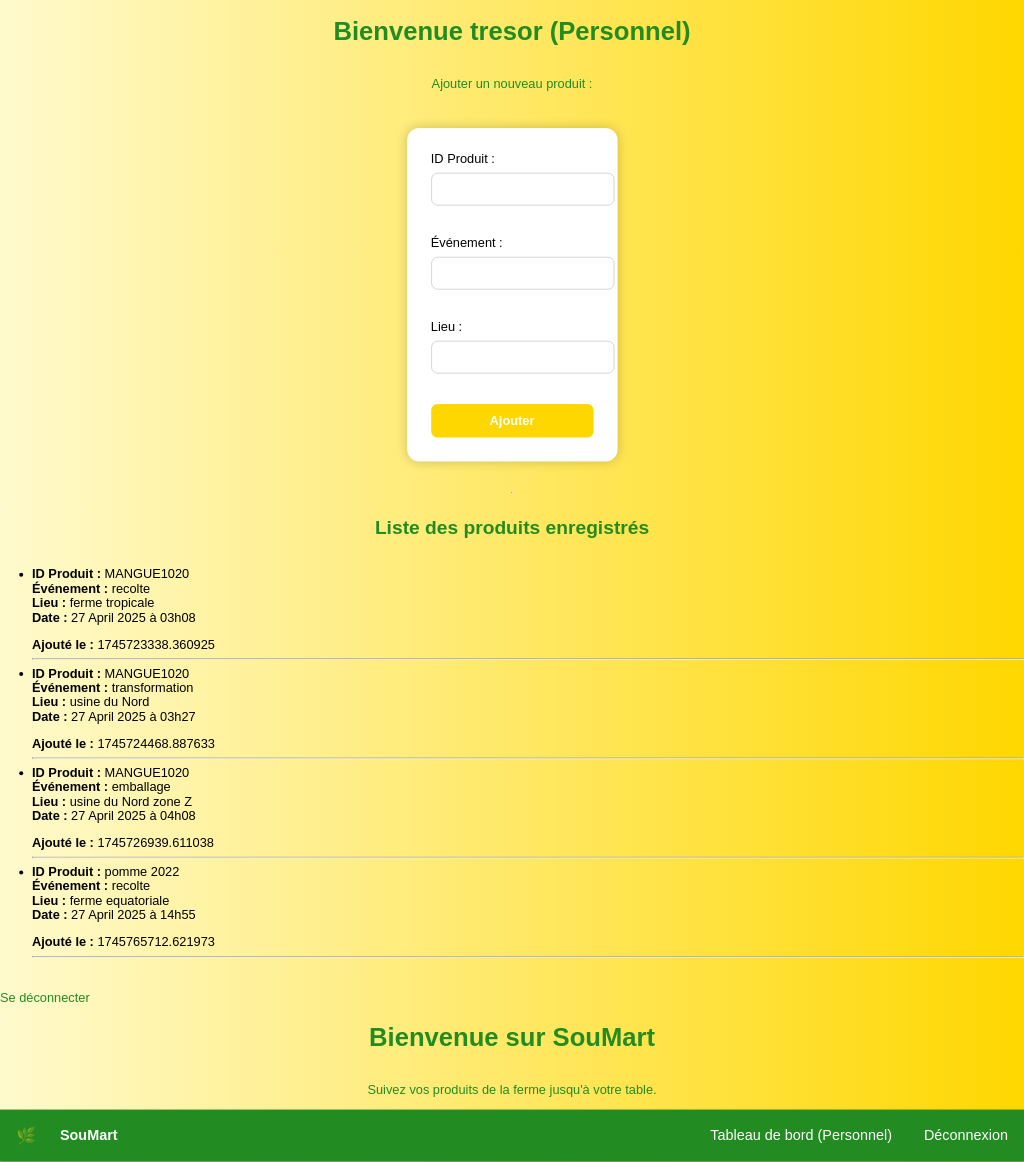
Repository: SouhailMar10/FOOD-MART
Page: http://localhost/dashboard_personnel
These files come from the project's save history. The page is drawn as it stood at one moment and after the next save; the edit follows.
The browser window is 1280 px wide. The pictures show the whole page, at 80% of full size.
The page is served by the project's application, run on Flask 3 (app.py). The user the application loads for id 1 is signed in. Other server files are loaded and not shown. The page reads the database file committed with the project.

Above is the page before, as saved 2025-04-27 11:03:11.

### templates/dashboard_personnel.html
<!DOCTYPE html>
<html lang="fr">
<head>
    <meta charset="UTF-8">
    <title>Dashboard Personnel</title>
    <link rel="stylesheet" href="{{ url_for('static', filename='style.css') }}">
</head>
<body>
    <h1>Bienvenue {{ username }} (Personnel)</h1>
    <p>Ajouter un nouveau produit :</p>

    {% with messages = get_flashed_messages() %}
      {% if messages %}
        {% for message in messages %}
          <p style="color: green;">{{ message }}</p>
        {% endfor %}
      {% endif %}
    {% endwith %}

    <form action="/dashboard_personnel" method="POST">
        <label for="product_id">ID Produit :</label><br>
        <input type="text" id="product_id" name="product_id" required><br><br>

        <label for="event">Événement :</label><br>
        <input type="text" id="event" name="event" required><br><br>

        <label for="location">Lieu :</label><br>
        <input type="text" id="location" name="location" required><br><br>

        <input type="submit" value="Ajouter">
    </form>

    <hr>

    <h2>Liste des produits enregistrés</h2>
    {% if products %}
        <ul>
            {% for block in products %}
                <li>
                    <strong>ID Produit :</strong> {{ block.product_id }}<br>
                    <strong>Événement :</strong> {{ block.event }}<br>
                    <strong>Lieu :</strong> {{ block.location }}<br>
                    <strong>Date :</strong> {{ block.get_formatted_date() }}</p>
                    <strong>Ajouté le :</strong> {{ block.timestamp }}
                </li>
                <hr>
            {% endfor %}
        </ul>
    {% else %}
        <p>Aucun produit enregistré pour l’instant.</p>
    {% endif %}

    <br>
    <a href="/logout">Se déconnecter</a>
    <h1 class="fade-in">Bienvenue sur SouMart</h1>
<p class="fade-in">Suivez vos produits de la ferme jusqu'à votre table.</p>

</body>
<nav class="navbar">
    <div class="navbar-container">
        <div class="navbar-brand">
            🌿 <a href="/" class="brand-name">SouMart</a>
        </div>

        {% if current_user.is_authenticated %}
            {% if current_user.role == 'Personnel' %}
                <a href="/dashboard_personnel">Tableau de bord (Personnel)</a>
            {% elif current_user.role == 'Client' %}
                <a href="/dashboard_client">Tableau de bord (Client)</a>
            {% endif %}
            <a href="/logout">Déconnexion</a>
        {% else %}
            <a href="/login">Connexion</a>
            <a href="/register">Créer un compte</a>
        {% endif %}
    </div>
</nav>


</html>

### app.py
from flask import Flask, render_template, request, redirect, url_for, flash
from flask_login import LoginManager, UserMixin, login_user, login_required, logout_user, current_user
from blockchain import Blockchain
import sqlite3
import os
from werkzeug.security import generate_password_hash, check_password_hash
import re

app = Flask(__name__)
app.secret_key = 'ta_cle_secrete_super_secrete'  # Important pour la sécurité

# Initialiser la Blockchain
food_chain = Blockchain()

# Initialiser Flask-Login
login_manager = LoginManager()
login_manager.init_app(app)
login_manager.login_view = 'login'

# Classe User pour Flask-Login
class User(UserMixin):
    def __init__(self, id, username, password, role):
        self.id = id
        self.username = username
        self.password = password
        self.role = role

# Charger un utilisateur
@login_manager.user_loader
def load_user(user_id):
    connection = sqlite3.connect('database.db')
    cursor = connection.cursor()
    cursor.execute("SELECT id, username, password, role FROM users WHERE id = ?", (user_id,))
    user_data = cursor.fetchone()
    connection.close()
    if user_data:
        return User(*user_data)
    return None

# Créer la base de données SQLite s'il n'y a pas encore
def init_db():
    if not os.path.exists('database.db'):
        connection = sqlite3.connect('database.db')
        cursor = connection.cursor()
        cursor.execute('''
            CREATE TABLE users (
                id INTEGER PRIMARY KEY AUTOINCREMENT,
                username TEXT UNIQUE NOT NULL,
                password TEXT NOT NULL,
                role TEXT NOT NULL
            )
        ''')
        connection.commit()
        connection.close()

# Appeler init_db au démarrage
init_db()

# Route inscription

@app.route('/register', methods=['GET', 'POST'])
def register():
    if request.method == 'POST':
        username = request.form['username']
        password = request.form['password']
        role = request.form['role']

        # Vérifier la longueur du mot de passe
        if len(password) < 8:
            flash('Le mot de passe doit contenir au moins 8 caractères.', 'error')
            return redirect(url_for('register'))

        # Vérifier la présence d'au moins une majuscule
        if not re.search(r'[A-Z]', password):
            flash('Le mot de passe doit contenir au moins une lettre majuscule.', 'error')
            return redirect(url_for('register'))

        # Vérifier la présence d'au moins un chiffre
        if not re.search(r'\d', password):
            flash('Le mot de passe doit contenir au moins un chiffre.', 'error')
            return redirect(url_for('register'))

        # Hachage du mot de passe
        hashed_password = generate_password_hash(password)

        connection = sqlite3.connect('database.db')
        cursor = connection.cursor()

        try:
            cursor.execute("INSERT INTO users (username, password, role) VALUES (?, ?, ?)",
                           (username, hashed_password, role))
            connection.commit()
            flash('Compte créé avec succès, veuillez vous connecter.', 'success')
            return redirect(url_for('login'))
        except sqlite3.IntegrityError:
            flash('Ce nom d’utilisateur est déjà utilisé.')
            return redirect(url_for('register'))
        finally:
            connection.close()

    return render_template('register.html')


@app.route('/login', methods=['GET', 'POST'])
def login():
    if request.method == 'POST':
        username = request.form['username']
        password = request.form['password']

        connection = sqlite3.connect('database.db')
        cursor = connection.cursor()
        cursor.execute("SELECT id, username, password, role FROM users WHERE username = ?", (username,))
        user_data = cursor.fetchone()
        connection.close()

        if user_data and check_password_hash(user_data[2], password):
            user = User(*user_data)
            login_user(user)
            flash('Connexion réussie.','success')
            if user.role == "Personnel":
                return redirect(url_for('dashboard_personnel'))
            else:
                return redirect(url_for('dashboard_client'))
        else:
            flash('Identifiant ou mot de passe incorrect.', 'error')
            return redirect(url_for('login'))

    return render_template('login.html')


# Tableau de bord pour le Personnel
@app.route('/dashboard_personnel', methods=['GET', 'POST'])
@login_required
def dashboard_personnel():
    if current_user.role != "Personnel":
        flash("Accès refusé.",'error')
        return redirect(url_for('login'))

    if request.method == 'POST':
        product_id = request.form['product_id']
        event = request.form['event']
        location = request.form['location']

        food_chain.add_block(product_id, event, location)
        flash('Produit ajouté à la blockchain avec succès.', 'success')

    # Envoyer toute la blockchain sauf le bloc Genesis (index 0)
    products = food_chain.chain[1:]  # On enlève le tout premier bloc ("Début de la traçabilité")
    return render_template('dashboard_personnel.html', username=current_user.username, products=products)

# Tableau de bord pour le Client
@app.route('/dashboard_client', methods=['GET', 'POST'])
@login_required
def dashboard_client():
    if current_user.role != "Client":
        flash("Accès refusé.")
        return redirect(url_for('login'))

    history = []
    if request.method == 'POST':
        product_id = request.form['product_id']

        # Chercher tous les blocs liés à ce produit
        history = [block for block in food_chain.chain if block.product_id == product_id]

    return render_template('dashboard_client.html', username=current_user.username, history=history)


@app.route('/logout')
@login_required
def logout():
    logout_user()
    flash("Vous êtes déconnecté.", 'success')
    return redirect(url_for('login'))


@app.route('/')
def home():
    return render_template('home.html')









if __name__ == "__main__":
    app.run(debug=True)

### blockchain.py
from block import Block
import json
import os
from datetime import datetime

class Blockchain:
    def __init__(self):
        if os.path.exists("blockchain_data.json"):
            self.load_from_file()
        else:
            self.chain = [self.create_genesis_block()]
            self.save_to_file()

    def create_genesis_block(self):
        return Block(0, "0", "Début de la traçabilité", "Origine", "0")

    def get_latest_block(self):
        return self.chain[-1]

    def add_block(self, product_id, event, location):
        latest_block = self.get_latest_block()
        new_block = Block(
            index=latest_block.index + 1,
            product_id=product_id,
            event=event,
            location=location,
            previous_hash=latest_block.hash
        )
        self.chain.append(new_block)
        self.save_to_file()

    def is_chain_valid(self):
        for i in range(1, len(self.chain)):
            previous_block = self.chain[i - 1]
            current_block = self.chain[i]

            if current_block.hash != current_block.calculate_hash():
                print(f"Erreur de hash au bloc {current_block.index}")
                return False

            if current_block.previous_hash != previous_block.hash:
                print(f"Erreur de chaînage entre bloc {previous_block.index} et {current_block.index}")
                return False

        return True

    def save_to_file(self):
        chain_data = []
        for block in self.chain:
            block_data = {
                "index": block.index,
                "timestamp": block.timestamp,
                "product_id": block.product_id,
                "event": block.event,
                "location": block.location,
                "previous_hash": block.previous_hash,
                "hash": block.hash
            }
            chain_data.append(block_data)

        with open("blockchain_data.json", "w") as file:
            json.dump(chain_data, file, indent=4)

    def load_from_file(self):
        with open("blockchain_data.json", "r") as file:
            chain_data = json.load(file)
            self.chain = []
            for block_data in chain_data:
                block = Block(
                    index=block_data["index"],
                    product_id=block_data["product_id"],
                    event=block_data["event"],
                    location=block_data["location"],
                    previous_hash=block_data["previous_hash"]
                )
                block.timestamp = block_data["timestamp"]
                block.hash = block_data["hash"]
                self.chain.append(block)

class Block:
    def __init__(self, index, product_id, event, location, previous_hash):
        self.index = index
        self.timestamp = datetime.now().timestamp()  # Timestamp au moment de la création
        self.product_id = product_id
        self.event = event
        self.location = location
        self.previous_hash = previous_hash
        self.hash = self.calculate_hash()

    def calculate_hash(self):
        import hashlib
        data = f"{self.index}{self.timestamp}{self.product_id}{self.event}{self.location}{self.previous_hash}"
        return hashlib.sha256(data.encode()).hexdigest()

    def get_formatted_date(self):
        return datetime.fromtimestamp(self.timestamp).strftime("%d %B %Y à %Hh%M")

### blockchain_data.json
[
    {
        "index": 0,
        "timestamp": 1745688203.6056602,
        "product_id": "0",
        "event": "D\u00e9but de la tra\u00e7abilit\u00e9",
        "location": "Origine",
        "previous_hash": "0",
        "hash": "6d1b47e2801f67e56fe7556b3627601eb9d111e0b5f0f5629c99d8c7a9abc122"
    },
    {
        "index": 1,
        "timestamp": 1745723338.360925,
        "product_id": "MANGUE1020",
        "event": "recolte",
        "location": "ferme tropicale",
        "previous_hash": "6d1b47e2801f67e56fe7556b3627601eb9d111e0b5f0f5629c99d8c7a9abc122",
        "hash": "316a8a35667de9a6ac64528fd6853a65b783c7ef0dfb80a0f0df2b15d60fd386"
    },
    {
        "index": 2,
        "timestamp": 1745724468.887633,
        "product_id": "MANGUE1020",
        "event": "transformation",
        "location": "usine du Nord",
        "previous_hash": "316a8a35667de9a6ac64528fd6853a65b783c7ef0dfb80a0f0df2b15d60fd386",
        "hash": "ee967f10da62093e403cb924ab9786ad74276dacc5f5e725c577fad764c8b2af"
    },
    {
        "index": 3,
        "timestamp": 1745726939.611038,
        "product_id": "MANGUE1020",
        "event": "emballage",
        "location": "usine du Nord zone Z ",
        "previous_hash": "ee967f10da62093e403cb924ab9786ad74276dacc5f5e725c577fad764c8b2af",
        "hash": "72fd547f836a1071c2e1bd052b796bdbc448899c4d23839c86ab134acdc84639"
    },
    {
        "index": 4,
        "timestamp": 1745765712.621973,
        "product_id": "pomme 2022",
        "event": "recolte",
        "location": "ferme equatoriale",
        "previous_hash": "72fd547f836a1071c2e1bd052b796bdbc448899c4d23839c86ab134acdc84639",
        "hash": "fe28619183ee5527b162491c3c3f8b327de1aa44bc0649cecf02f85b2173f4e9"
    }
]

### static/style.css
/* Style général */
body {
    font-family: 'Arial', sans-serif;
    background: linear-gradient(to right, #FFFACD, #FFD700); /* dégradé jaune doux */
    margin: 0;
    padding: 0;
    min-height: 100vh;
    display: flex;
    flex-direction: column;
}

/* Titres */
h1, h2, p {
    text-align: center;
    color: #228B22; /* vert nature */
}

/* Formulaires */
form {
    background: #ffffff;
    max-width: 400px;
    margin: 30px auto;
    padding: 30px;
    border-radius: 15px;
    box-shadow: 0px 0px 15px rgba(0, 0, 0, 0.2);
}

/* Inputs */
input[type="text"],
input[type="password"],
select {
    width: 100%;
    padding: 12px;
    margin: 8px 0 20px 0;
    border: 1px solid #ccc;
    border-radius: 8px;
}

/* Boutons */
input[type="submit"],
button {
    background-color: #FFD700; /* jaune doux */
    color: #ffffff;
    padding: 12px 20px;
    border: none;
    border-radius: 8px;
    cursor: pointer;
    font-size: 16px;
    width: 100%;
    font-weight: bold;
}

input[type="submit"]:hover,
button:hover {
    background-color: #FFC300; /* jaune plus intense au survol */
}

/* Footer */
footer {
    margin-top: auto;
    background: #228B22; /* vert nature */
    color: #ffffff;
    text-align: center;
    padding: 15px 0;
    font-size: 14px;
}

/* Liens */
a {
    text-decoration: none;
    color: #228B22;
}

a:hover {
    text-decoration: underline;
}
/* Animation d'apparition lente */
.fade-in {
    animation: fadeIn 2s ease-in;
}

@keyframes fadeIn {
    0% { opacity: 0; transform: translateY(-20px); }
    100% { opacity: 1; transform: translateY(0); }
}
/* Frise chronologique */
.timeline {
    position: relative;
    max-width: 800px;
    margin: 20px auto;
}

.timeline::after {
    content: '';
    position: absolute;
    width: 6px;
    background-color: #228B22;
    top: 0;
    bottom: 0;
    left: 50%;
    margin-left: -3px;
}

.timeline-event {
    padding: 20px;
    position: relative;
    background-color: inherit;
    width: 50%;
}

.timeline-event::after {
    content: '';
    position: absolute;
    width: 20px;
    height: 20px;
    right: -10px;
    background-color: #FFD700;
    border: 4px solid #228B22;
    top: 15px;
    border-radius: 50%;
    z-index: 1;
}

.left {
    left: 0;
}

.right {
    left: 50%;
}

.timeline-event-content {
    background-color: #fff;
    padding: 20px;
    border-radius: 6px;
    box-shadow: 0 2px 10px rgba(0,0,0,0.1);
}
/* Navbar */
.navbar {
    background-color: #228B22; /* vert nature */
    overflow: hidden;
    padding: 10px 0;
    box-shadow: 0 2px 4px rgba(0,0,0,0.2);
}

.navbar-container {
    display: flex;
    justify-content: center;
    align-items: center;
}

.navbar-container a {
    color: white;
    text-align: center;
    padding: 12px 20px;
    text-decoration: none;
    font-size: 18px;
    transition: background-color 0.3s;
}

.navbar-container a:hover {
    background-color: #FFD700; /* Jaune doux au hover */
    color: #333;
    border-radius: 8px;
}
/* Brand (icone + nom) */
.navbar-brand {
    display: flex;
    align-items: center;
    margin-right: auto;
    font-size: 20px;
    color: #ffffff;
    padding-left: 20px;
}

.navbar-brand a.brand-name {
    color: #ffffff;
    text-decoration: none;
    font-weight: bold;
    margin-left: 10px;
}

.navbar-brand a.brand-name:hover {
    text-decoration: underline;
}


.flash-error {
    color: red;
    background-color: #ffe6e6;
    border: 1px solid red;
    padding: 10px;
    margin: 10px auto;
    max-width: 400px;
    border-radius: 5px;
    text-align: center;
}

.flash-success {
    color: green;
    background-color: #e6ffe6;
    border: 1px solid green;
    padding: 10px;
    margin: 10px auto;
    max-width: 400px;
    border-radius: 5px;
    text-align: center;
}

### database.db (the tables this page reads, as SQL)
CREATE TABLE users (
                id INTEGER PRIMARY KEY AUTOINCREMENT,
                username TEXT UNIQUE NOT NULL,
                password TEXT NOT NULL,
                role TEXT NOT NULL
            );
INSERT INTO "users" VALUES
(1, 'tresor', 'scrypt:32768:8:1$6sjxmBWflMJBzexx$5e9d970b685f4e9a1b4fcb5289b1cc602e2003fdac8f592d025eccdd84b7ad204db9b00dd4c502be1b9561737770b7e1fb5e07085a8c3704e2d7d3d4623e8534', 'Personnel'),
(2, 'tresor megane', 'scrypt:32768:8:1$ER7mXBC8WZQTy8FM$c19ad54fdc1a634cb989f4cd57c7dee0cfa10828539ea3a0417ba0533c5b164d347c2b63b4a9c3ab236620d58c63a1584919ebc17d9a345819736236fd4b633f', 'Client'),
(3, 'sm22', 'scrypt:32768:8:1$UK7cQ0G06rKzso2J$b94f824e1bbfed077ef025fddc552b794ec4d4468864f5a0518381685616d521045006ddbb5cb291e0c3e5549d4c85c554c1f85048d163e36330a4143df26e46', 'Personnel'),
(4, 'sm22c', 'scrypt:32768:8:1$ydywGwJU2iZ5zcZY$964403873723d5fa9788334f948f190b5247403c2b4301a36730546375e15333e1fb9fc4e1501aca369a96b65bc4bd426d558ae9936e25e26b7ee2374458d9d4', 'Personnel');

After the next save:
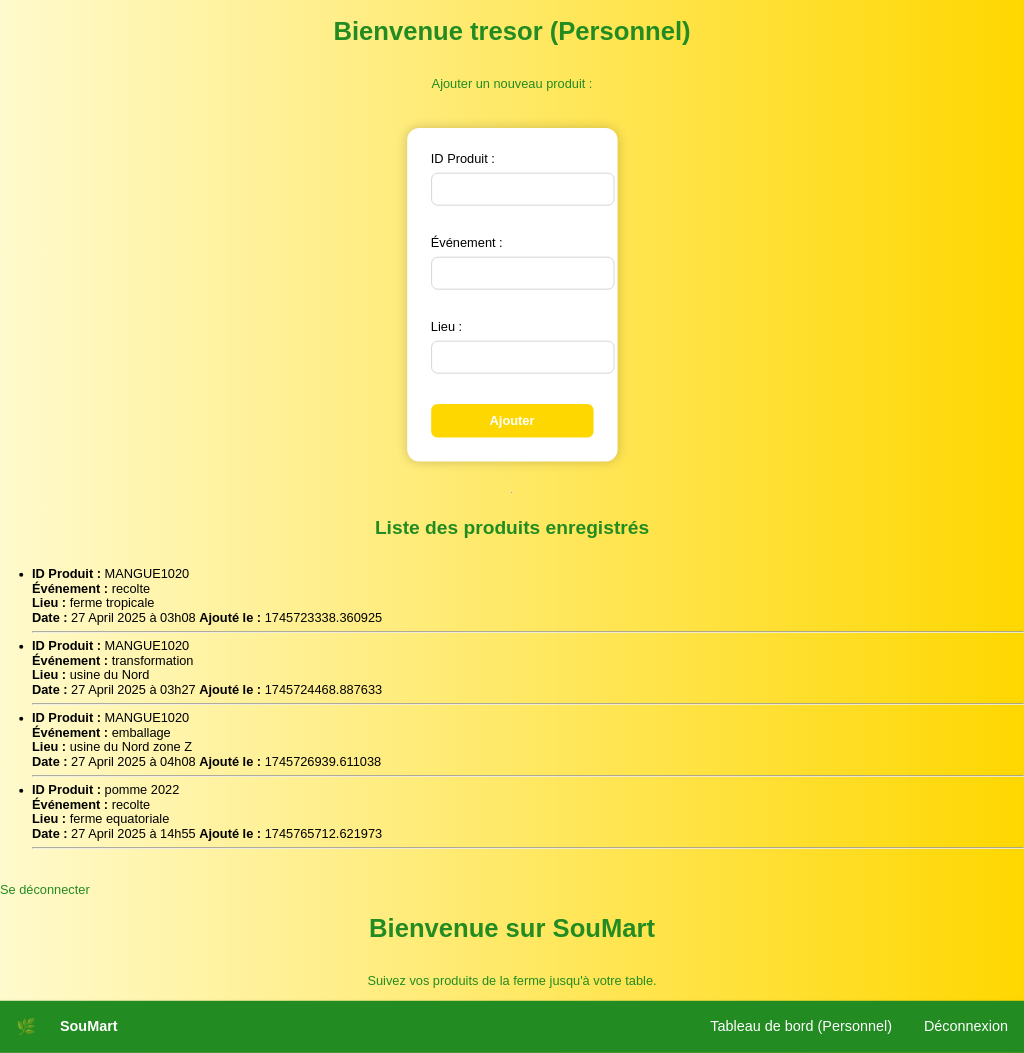
Saved 5 s later.
--- a/templates/dashboard_personnel.html
+++ b/templates/dashboard_personnel.html
@@ -40,7 +40,7 @@
                     <strong>ID Produit :</strong> {{ block.product_id }}<br>
                     <strong>Événement :</strong> {{ block.event }}<br>
                     <strong>Lieu :</strong> {{ block.location }}<br>
-                    <strong>Date :</strong> {{ block.get_formatted_date() }}</p>
+                    <strong>Date :</strong> {{ block.get_formatted_date() }}
                     <strong>Ajouté le :</strong> {{ block.timestamp }}
                 </li>
                 <hr>
